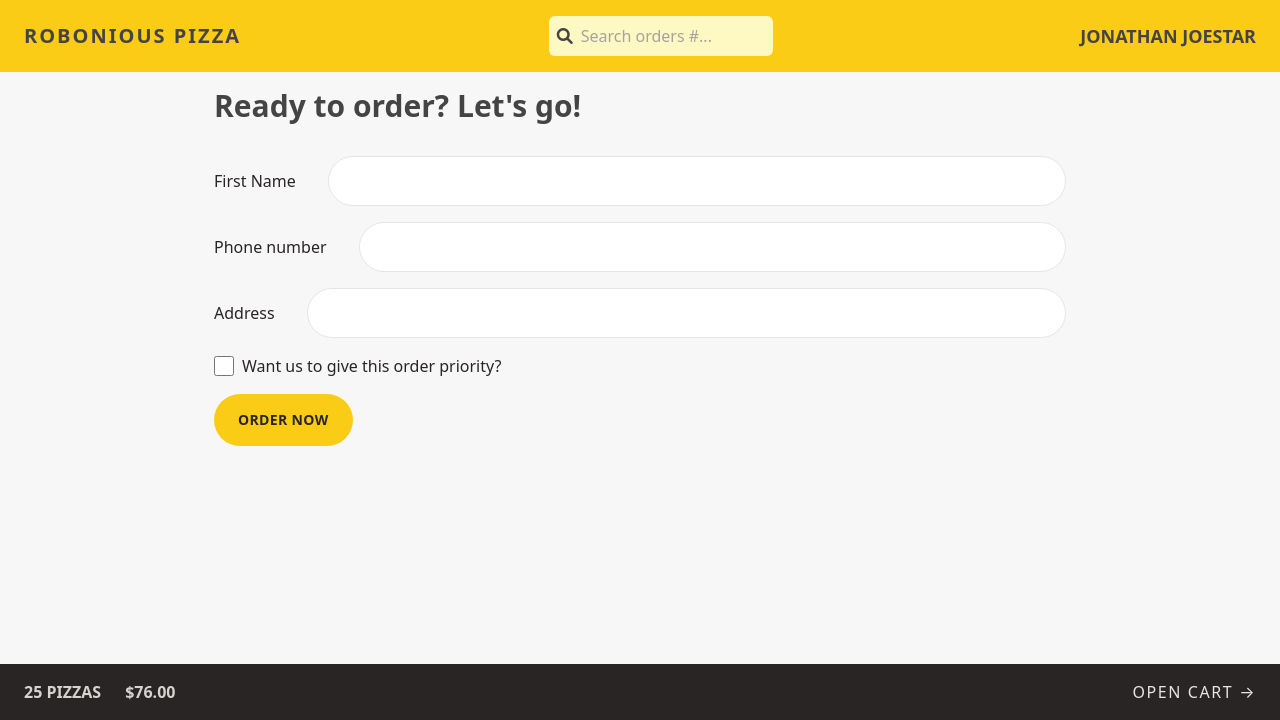
Repository: Alexro04/fast-food
Page: /order/new (app in fast-food/)
The author's editor kept a copy of each file at every save. The page is drawn from the files as they stood at one save, then again after the next save.
The browser window is 1280 px wide. The pictures show the whole page.
The project was rebuilt for these pictures with package versions that can differ from the ones it lists, and the page was loaded fresh each time. Also part of the build but not shown: fast-food/vite.config.js, fast-food/src/features/user/CreateUser.jsx, fast-food/src/ui/Home.jsx, fast-food/src/ui/Loading.jsx, fast-food/src/utils/helpers.js, fast-food/src/features/cart/CartItem.jsx, fast-food/src/features/cart/Cart.jsx, fast-food/src/features/order/OrderItem.jsx and 4 more.

Above is the page before, as saved 2025-03-14 07:36:35.

After the next save:
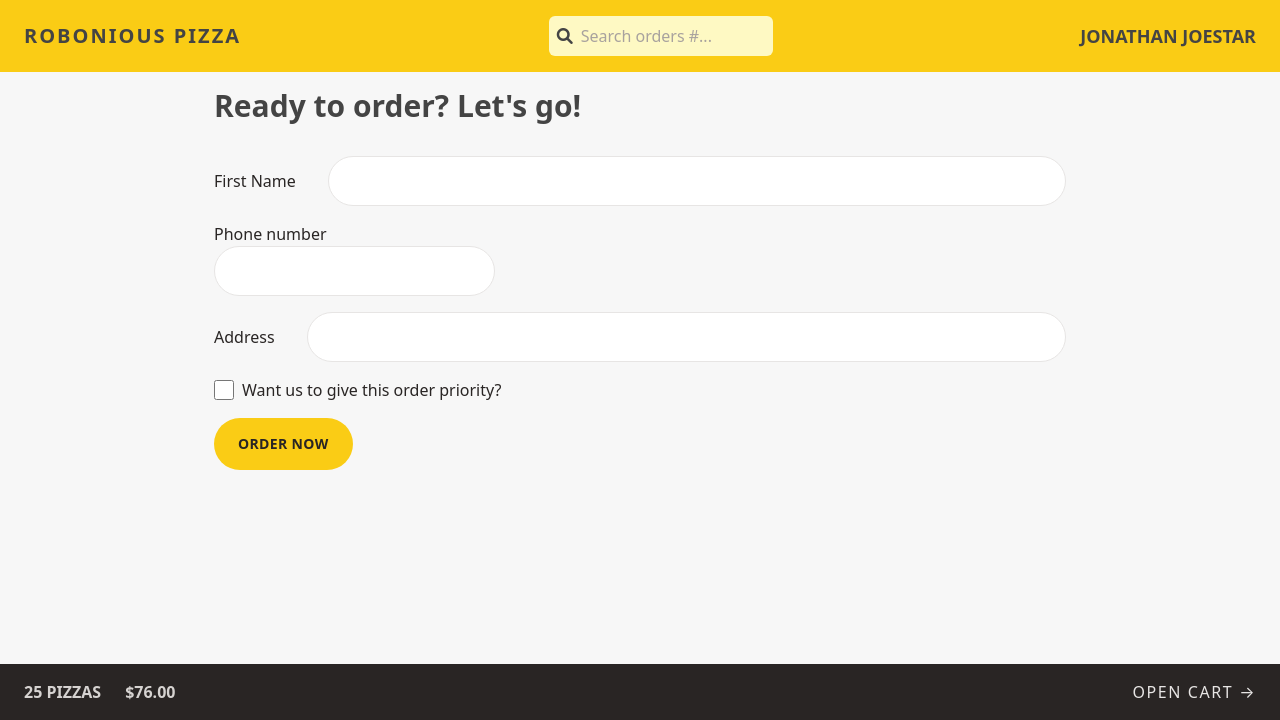
Saved 16 s later.
--- a/fast-food/src/features/order/CreateOrder.jsx
+++ b/fast-food/src/features/order/CreateOrder.jsx
@@ -53,14 +53,22 @@
         </div>
 
         <div className="flex flex-col gap-2 sm:flex-row sm:items-center sm:gap-8">
-          {errors?.phone && (
-            <p className="mb-2 rounded-md bg-red-100 px-4 py-2 text-sm text-red-700">
-              {errors.phone}
-            </p>
-          )}
-          <label>Phone number</label>
-          <div className="grow">
-            <input type="tel" name="phone" required className="input w-full" />
+          <div>
+            {errors?.phone && (
+              <p className="mb-2 rounded-md bg-red-100 px-4 py-2 text-sm text-red-700">
+                {errors.phone}
+              </p>
+            )}
+
+            <label>Phone number</label>
+            <div className="grow">
+              <input
+                type="tel"
+                name="phone"
+                required
+                className="input w-full"
+              />
+            </div>
           </div>
         </div>
 

After the save that followed:
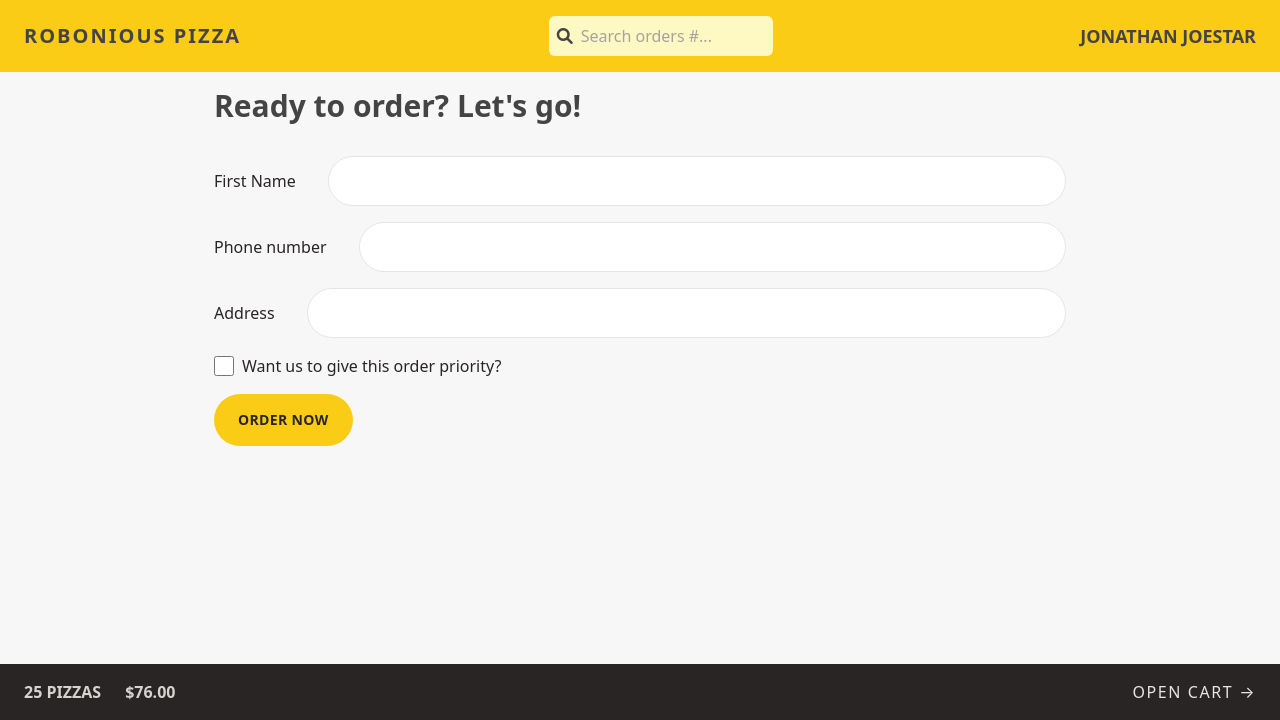
Saved 21 s later.
--- a/fast-food/src/features/order/CreateOrder.jsx
+++ b/fast-food/src/features/order/CreateOrder.jsx
@@ -53,22 +53,14 @@
         </div>
 
         <div className="flex flex-col gap-2 sm:flex-row sm:items-center sm:gap-8">
-          <div>
+          <label>Phone number</label>
+          <div className="grow">
             {errors?.phone && (
               <p className="mb-2 rounded-md bg-red-100 px-4 py-2 text-sm text-red-700">
                 {errors.phone}
               </p>
             )}
-
-            <label>Phone number</label>
-            <div className="grow">
-              <input
-                type="tel"
-                name="phone"
-                required
-                className="input w-full"
-              />
-            </div>
+            <input type="tel" name="phone" required className="input w-full" />
           </div>
         </div>
 
